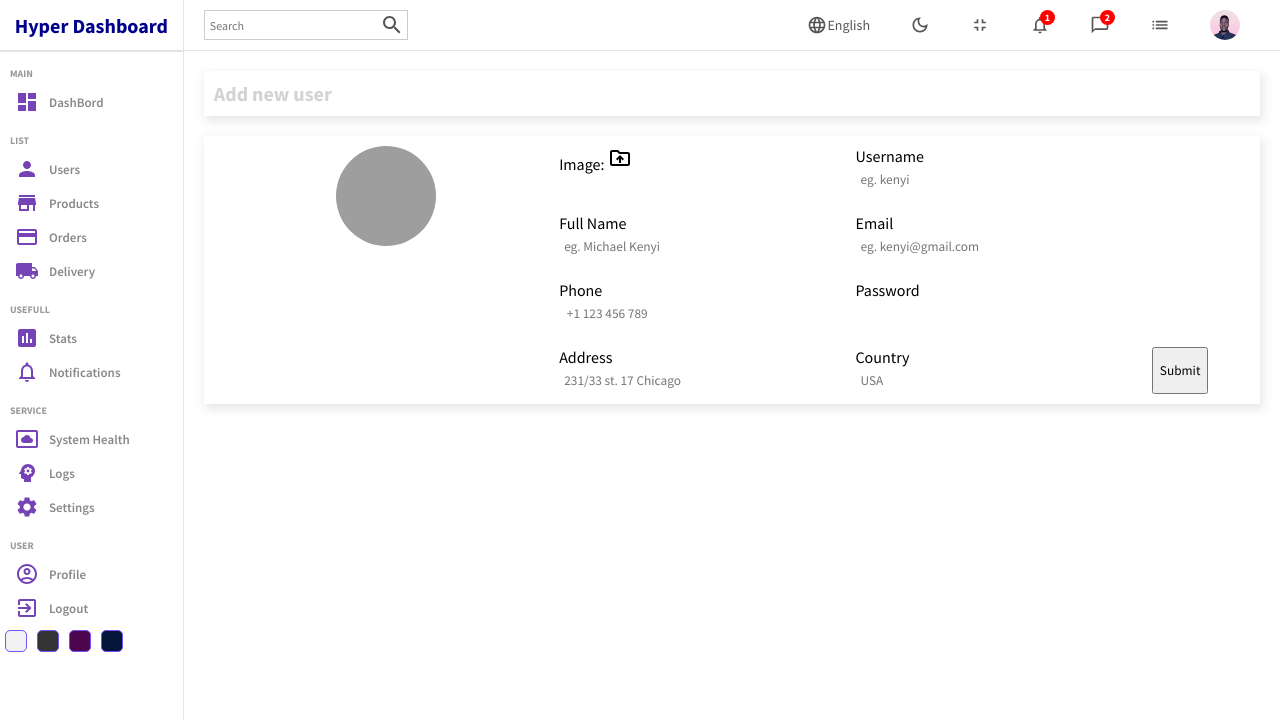
Repository: kenyi-mic/DashBoard
Page: /users/new
The author's editor kept a copy of each file at every save. The page is drawn from the files as they stood at one save, then again after the next save.
The browser window is 1280 px wide. The pictures show the whole page.
Pictures or frames that could not be fetched are drawn as grey boxes. The project was rebuilt for these pictures with package versions that can differ from the ones it lists, and the page was loaded fresh each time. Also part of the build but not shown: src/pages/home/home.scss, src/pages/home/Home.jsx, src/pages/list/list.scss, src/components/datatable/datatable.scss, src/datatableSource.js, src/components/datatable/Datatable.jsx, src/pages/list/List.jsx, src/pages/single/single.scss and 6 more.

Above is the page before, as saved 2022-05-24 15:33:15.

After the next save:
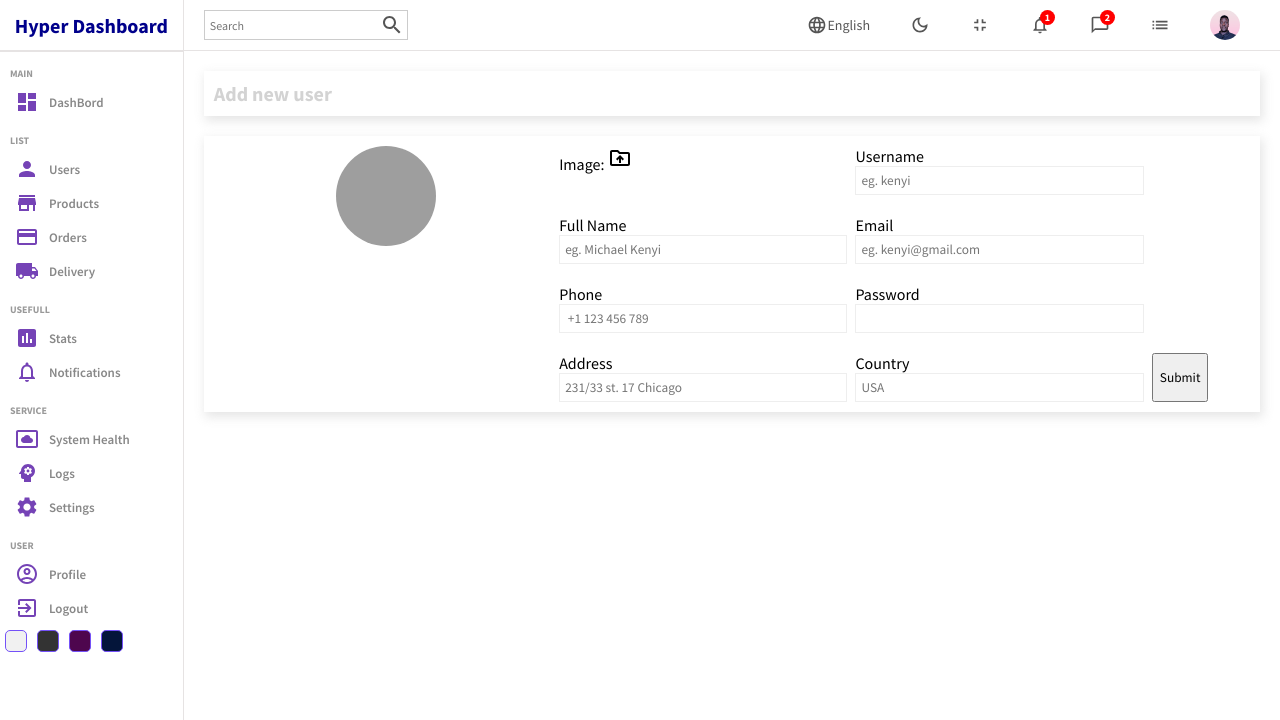
Saved 107 s later.
--- a/src/pages/new/new.scss
+++ b/src/pages/new/new.scss
@@ -47,7 +47,7 @@
                         input {
                             width: 100%;
                             padding: 5px;
-                            border: none;
+                            border: 0.5px solid #eee;
                             outline: none;
                         }
                     }
